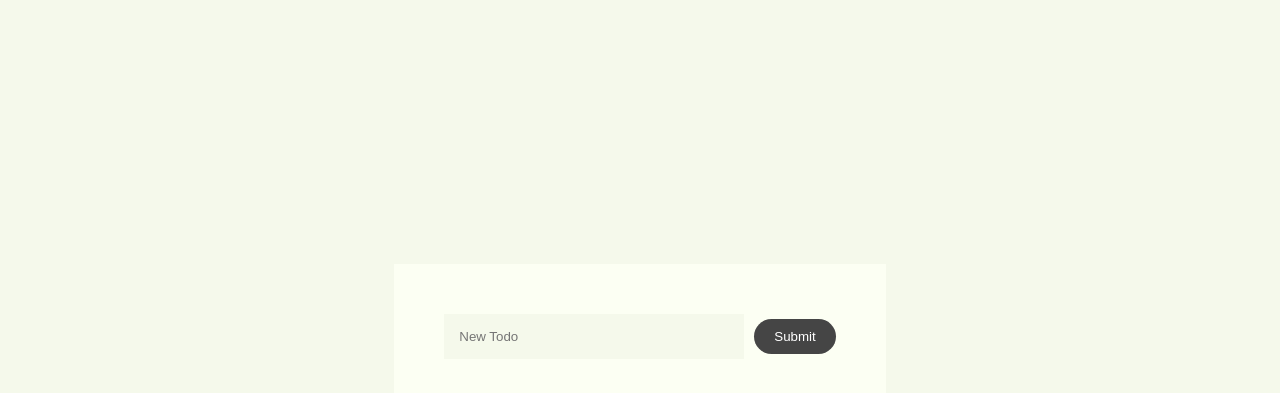
Repository: Subhadeep2609/Todo_React
Page: /
An editor plug-in stored every save of this project. The page is shown before and after the next save, followed by the edit.
The browser window is 1280 px wide. The pictures show the whole page.
The project was rebuilt for these pictures with package versions that can differ from the ones it lists, and the page was loaded fresh each time. Also part of the build but not shown: vite.config.js.

Above is the page before, as saved 2025-09-04 13:32:54.

After the next save:
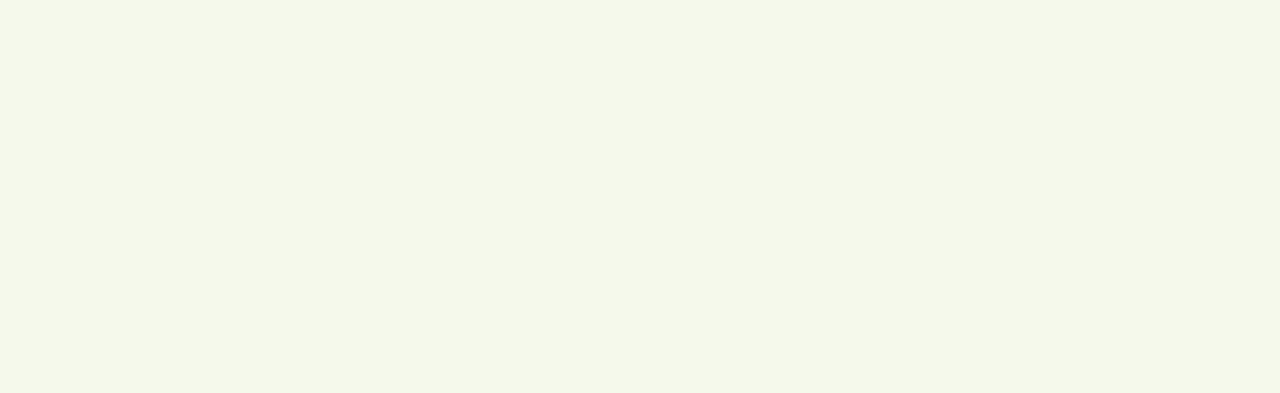
Console error: TypeError: undefined is not a function
Saved 14 s later.
--- a/src/components/Todo.jsx
+++ b/src/components/Todo.jsx
@@ -19,7 +19,9 @@
 
         <button onClick={handleSubmit}>Submit</button>
 
-        <ul className="todos-list"></ul>
+        <ul className="todos-list">
+            {todos.map()}
+        </ul>
     </div>
   )
 }

After the 6 saves that followed:
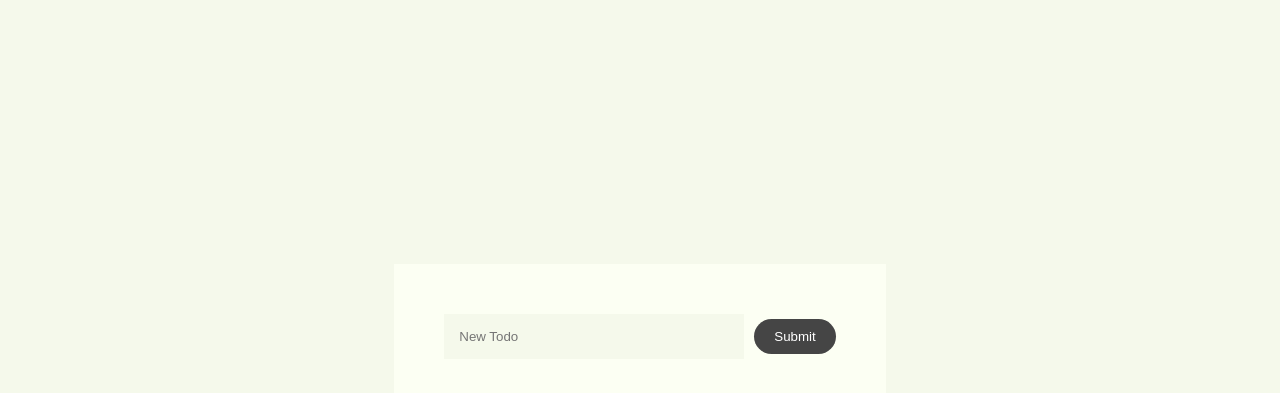
The error is gone.
The 6 saves are shown as one change because 4 did not build or start and some came seconds apart.
The last was saved 55 s later.
--- a/src/components/Todo.jsx
+++ b/src/components/Todo.jsx
@@ -20,7 +20,9 @@
         <button onClick={handleSubmit}>Submit</button>
 
         <ul className="todos-list">
-            {todos.map()}
+            {todos.map(({text,id})=>(
+                li
+            ))}
         </ul>
     </div>
   )
